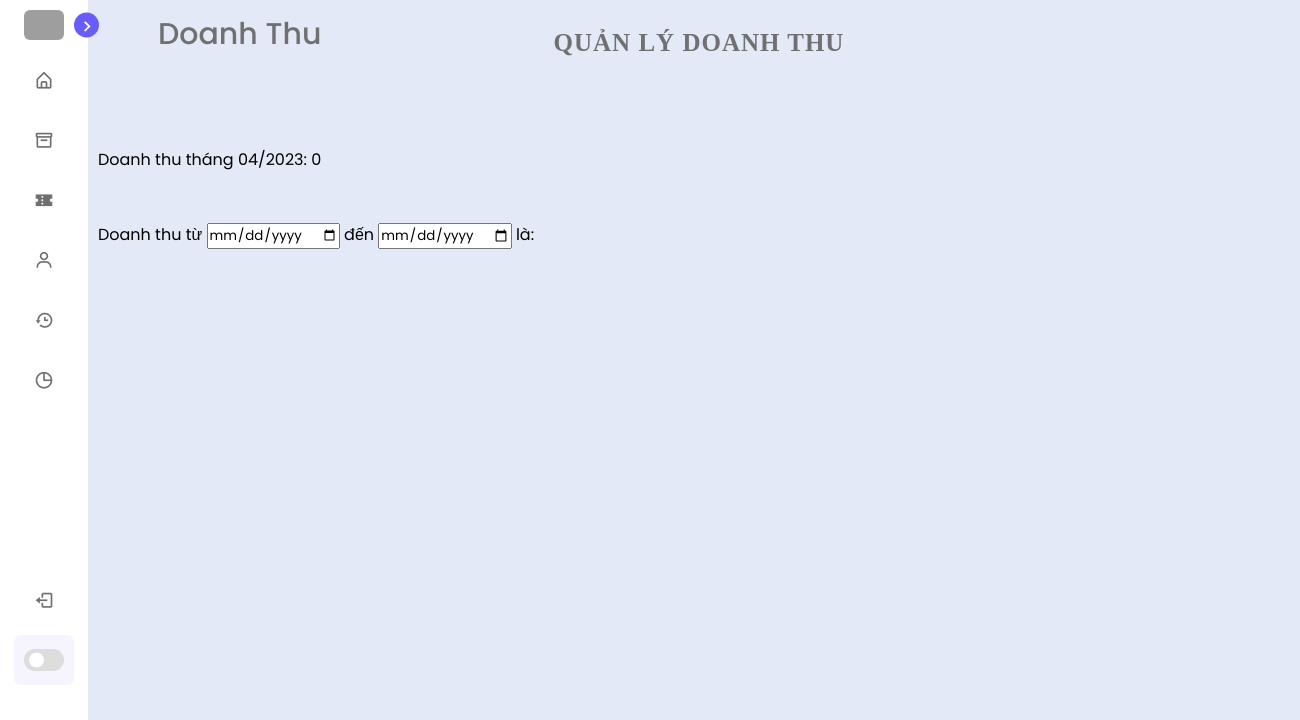
Repository: JeffDaveHudson/CapstoneProject
Page: http://localhost/CapstoneProject/revenue
An editor plug-in stored every save of this project. The page is shown before and after the next save, followed by the edit.
The browser window is 1280 px wide. The page is 1300 px wide, so the pictures cover 1300 px, including what lies to the right of the window. The pictures show the whole page.
Pictures or frames that could not be fetched are drawn as grey boxes. The page is served by Tomcat 9. Queries for data that is not in the repository find no rows.

Above is the page before, as saved 2023-06-12 15:17:59.

After the next save:
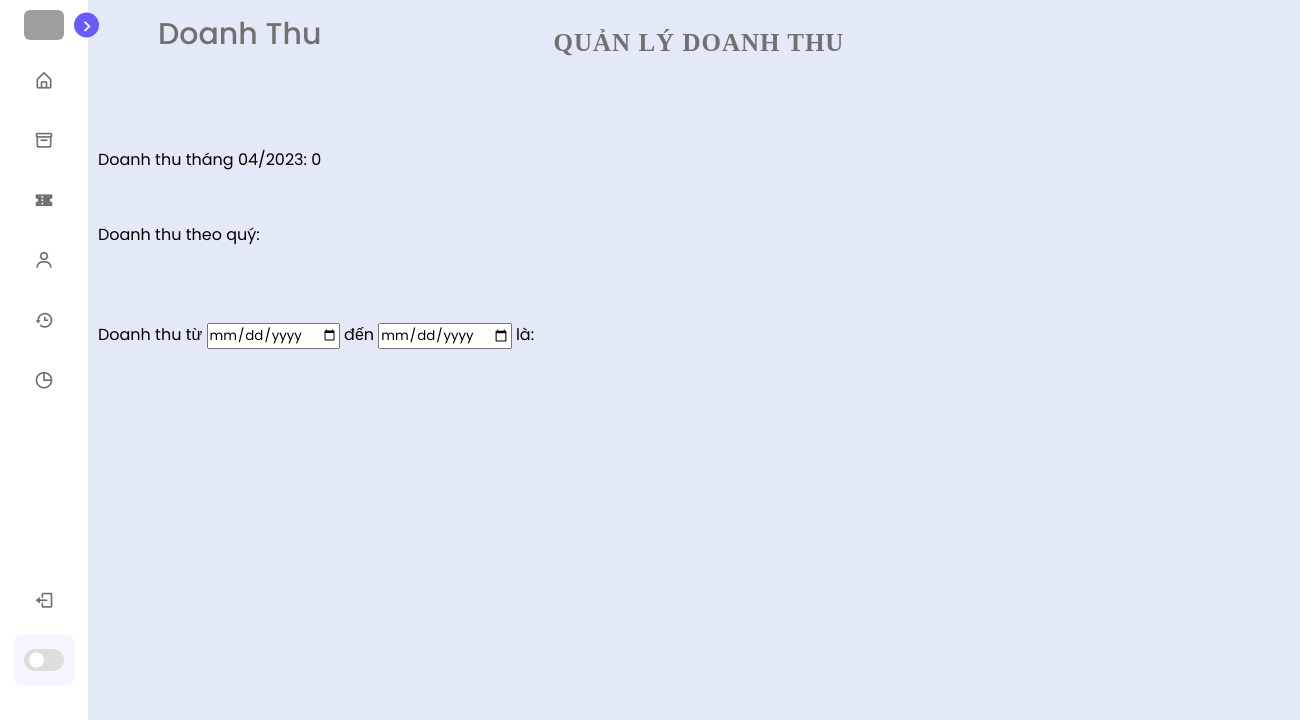
Saved 5 min 12 s later.
--- a/CapstoneProject/src/main/webapp/admin/Revenue.jsp
+++ b/CapstoneProject/src/main/webapp/admin/Revenue.jsp
@@ -37,6 +37,10 @@
 		 	LocalDateTime now = LocalDateTime.now();
 		 	String date = dtf.format(now).toString(); %>
         Doanh thu tháng <%=date %>:   ${revenueByMonth }
+        <br> <br> <br>
+
+        Doanh thu theo quý: <br>
+
 
         <br> <br> <br>
         <form action="revenuebetween2times">
